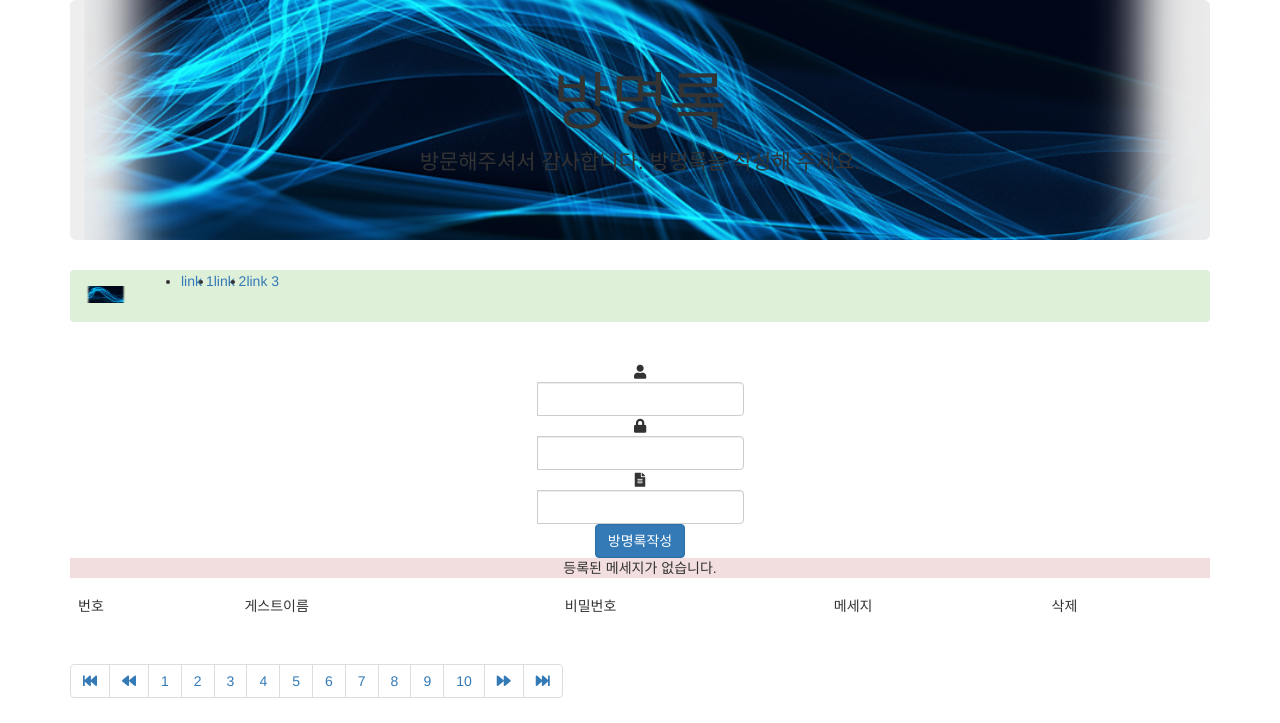
Repository: juhee1020/studying
Page: http://localhost/jsp03_guestbook/list.jsp
These files come from the project's save history. The page is drawn as it stood at one moment and after the next save; the edit follows.
The browser window is 1280 px wide. The pictures show the whole page.
The page is served by Tomcat 9.

Above is the page before, as saved 2022-12-19 01:25:00.

After the next save:
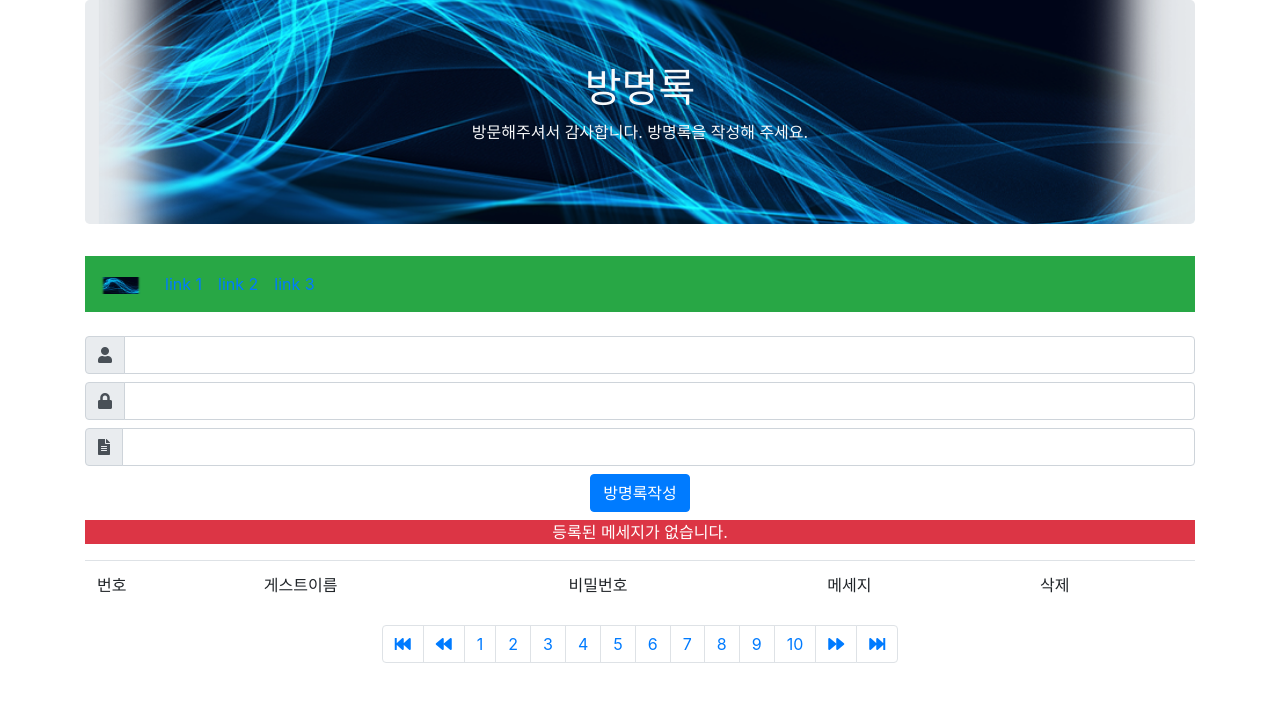
Saved 8 min 20 s later.
--- a/JSP/jsp03_guestbook/WebContent/list.jsp
+++ b/JSP/jsp03_guestbook/WebContent/list.jsp
@@ -8,13 +8,13 @@
 <html>
 <head>
 <meta charset="UTF-8">
-<meta name="viewport" content="width=device-width, initial-scale=1, minimum-scale=1, maximum-scale=1">
-<link rel="stylesheet" href="https://maxcdn.bootstrapcdn.com/bootstrap/3.4.1/css/bootstrap.min.css">
-<link rel="stylesheet" href="https://use.fontawesome.com/releases/v5.7.0/css/all.css"
+   <meta name="viewport" content="width=device-width, initial-scale=1, minimum-scale=1, maximum-scale=1">
+     <link rel="stylesheet" href="https://maxcdn.bootstrapcdn.com/bootstrap/4.5.2/css/bootstrap.min.css">
+    <link rel="stylesheet" href="https://use.fontawesome.com/releases/v5.7.0/css/all.css"
       integrity="sha384-lZN37f5QGtY3VHgisS14W3ExzMWZxybE1SJSEsQp9S+oqd12jhcu+A56Ebc1zFSJ"
       crossorigin="anonymous">
-<script src="https://ajax.googleapis.com/ajax/libs/jquery/3.6.0/jquery.min.js"></script>
-<script src="https://maxcdn.bootstrapcdn.com/bootstrap/3.4.1/js/bootstrap.min.js"></script>
+     <script src="https://ajax.googleapis.com/ajax/libs/jquery/3.6.0/jquery.min.js"></script>
+     <script src="https://maxcdn.bootstrapcdn.com/bootstrap/4.5.2/js/bootstrap.min.js"></script>
 <style>
 	body, html{height:100%; margin:0;}
 	.bg{
